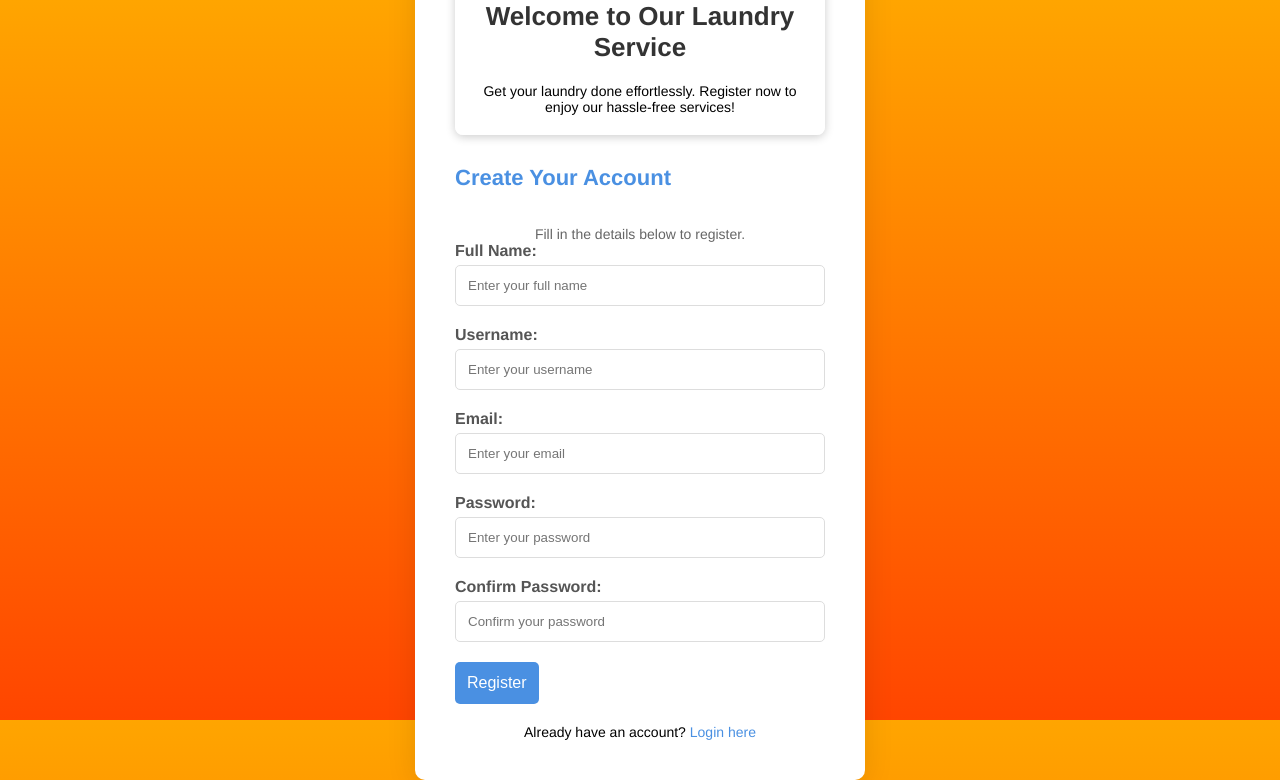
Repository: wmrmweerakoon/Online-Laundry-Management-System
Page: http://localhost/LaundryManagementSystem/Register.jsp
An editor plug-in stored every save of this project. The page is shown before and after the next save, followed by the edit.
The browser window is 1280 px wide. The pictures show the whole page.
The page is served by Tomcat 9. Other server files are loaded and not shown.

Above is the page before, as saved 2024-10-13 10:46:32.

### Projects/LaundryManagementSystem/src/main/webapp/Register.jsp
<%@ page language="java" contentType="text/html; charset=UTF-8" pageEncoding="UTF-8"%>
<!DOCTYPE html>
<html lang="en">
<head>
    <meta charset="UTF-8">
    <meta name="viewport" content="width=device-width, initial-scale=1.0">
    <title>Register - Online Laundry Management System</title>
    <link rel="stylesheet" href="CSS/Register.css">
</head>
<body>
    <div class="register-background">
        <div class="content-container">
            <div class="text-content">
                <div class="welcome-background">
                    <h1>Welcome to Our Laundry Service</h1>
                    <p>Get your laundry done effortlessly. Register now to enjoy our hassle-free services!</p>
                </div>
            </div>

            <div class="register-container">
                <h2>Create Your Account</h2>
                <p class="info-text">Fill in the details below to register.</p>

                <form id="registerForm" action="RegisterServlet" method="POST" onsubmit="return validateForm()">
                    <div class="form-group">
                        <label for="fullname">Full Name:</label>
                        <input type="text" id="fullname" name="fullname" placeholder="Enter your full name" required>
                    </div>
                    <div class="form-group">
                        <label for="username">Username:</label>
                        <input type="text" id="username" name="username" placeholder="Enter your username" required>
                    </div>
                    <div class="form-group">
                        <label for="email">Email:</label>
                        <input type="email" id="email" name="email" placeholder="Enter your email" required>
                    </div>
                    <div class="form-group">
                        <label for="password">Password:</label>
                        <input type="password" id="password" name="password" placeholder="Enter your password" required>
                    </div>
                    <div class="form-group">
                        <label for="confirmPassword">Confirm Password:</label>
                        <input type="password" id="confirmPassword" name="confirmPassword" placeholder="Confirm your password" required>
                    </div>
                    <button type="submit">Register</button>
                </form>
                <p>Already have an account? <a href="Login.jsp">Login here</a></p>
            </div>
        </div>
    </div>

    <script>
        function validateForm() {
            // Validation script remains unchanged
            const fullname = document.getElementById('fullname').value.trim();
            const username = document.getElementById('username').value.trim();
            const email = document.getElementById('email').value.trim();
            const password = document.getElementById('password').value;
            const confirmPassword = document.getElementById('confirmPassword').value;

            let valid = true;
            let errorMessage = "";

            clearErrors();

            // Validate Full Name
            if (fullname === "") {
                valid = false;
                errorMessage = "Full Name is required.";
                showError('fullname', errorMessage);
            }

            // Validate Username
            if (username === "") {
                valid = false;
                errorMessage = "Username is required.";
                showError('username', errorMessage);
            }

            // Validate Email
            if (email === "") {
                valid = false;
                errorMessage = "Email is required.";
                showError('email', errorMessage);
            } else if (!validateEmail(email)) {
                valid = false;
                errorMessage = "Invalid email format.";
                showError('email', errorMessage);
            }

            // Validate Password
            if (password === "") {
                valid = false;
                errorMessage = "Password is required.";
                showError('password', errorMessage);
            } else if (password.length < 8) {
                valid = false;
                errorMessage = "Password must be at least 8 characters long.";
                showError('password', errorMessage);
            }

            // Validate Confirm Password
            if (confirmPassword === "") {
                valid = false;
                errorMessage = "Please confirm your password.";
                showError('confirmPassword', errorMessage);
            } else if (password !== confirmPassword) {
                valid = false;
                errorMessage = "Passwords do not match.";
                showError('confirmPassword', errorMessage);
            }

            return valid;
        }

        function showError(inputId, message) {
            const errorElement = document.createElement('span');
            errorElement.className = 'error';
            errorElement.textContent = message;

            const inputField = document.getElementById(inputId);
            inputField.parentNode.insertBefore(errorElement, inputField.nextSibling);
        }

        function clearErrors() {
            const errorElements = document.querySelectorAll('.error');
            errorElements.forEach(element => {
                element.remove();
            });
        }

        function validateEmail(email) {
            const emailPattern = /^[^\s@]+@[^\s@]+\.[^\s@]+$/;
            return emailPattern.test(email);
        }
    </script>
</body>
</html>

### Projects/LaundryManagementSystem/src/main/webapp/CSS/Register.css
/* Reset default styles */
* {
    box-sizing: border-box;
    margin: 0;
    padding: 0;
}

/* Body styling */
body {
    font-family: 'Helvetica Neue', Arial, sans-serif;
    background: linear-gradient(to bottom, #FFA500, #FF4500); /* Gradient background from orange to dark orange */
    display: flex;
    justify-content: center;
    align-items: center;
    height: 100vh;
}

/* Main registration container */
.register-background {
    background-color: #ffffff;
    border-radius: 10px;
    box-shadow: 0 4px 30px rgba(0, 0, 0, 0.1);
    padding: 40px;
    width: 90%;
    max-width: 450px;
}

/* Welcome message background styling */
.welcome-background {
    background: rgba(255, 255, 255, 0.8); /* Semi-transparent white background */
    padding: 20px;
    border-radius: 8px;
    margin-bottom: 30px;
    box-shadow: 0 2px 10px rgba(0, 0, 0, 0.2);
}

.text-content {
    text-align: center;
}

h1 {
    font-size: 26px;
    color: #333;
    margin-bottom: 10px;
}

h2 {
    font-size: 22px;
    color: #4A90E2;
    margin-bottom: 15px;
}

.info-text {
    font-size: 14px;
    color: #666;
}

/* Form styling */
.register-container {
    display: flex;
    flex-direction: column;
}

/* Form group styling */
.form-group {
    margin-bottom: 20px;
}

label {
    font-weight: bold;
    display: block;
    margin-bottom: 5px;
    color: #555;
}

input[type="text"],
input[type="email"],
input[type="password"] {
    width: 100%;
    padding: 12px;
    border: 1px solid #ddd;
    border-radius: 5px;
    transition: border-color 0.3s ease;
}

input[type="text"]:focus,
input[type="email"]:focus,
input[type="password"]:focus {
    border-color: #4A90E2;
    outline: none;
}

/* Error message styling */
.error {
    color: #e74c3c;
    font-size: 12px;
    margin-top: 5px;
}

/* Button styling */
button {
    background-color: #4A90E2;
    color: #ffffff;
    border: none;
    border-radius: 5px;
    padding: 12px;
    cursor: pointer;
    font-size: 16px;
    transition: background-color 0.3s ease, transform 0.2s ease;
}

button:hover {
    background-color: #357ABD;
    transform: translateY(-1px);
}

/* Link styling */
p {
    text-align: center;
    margin-top: 20px;
    font-size: 14px;
}

a {
    color: #4A90E2;
    text-decoration: none;
    transition: color 0.3s ease;
}

a:hover {
    color: #357ABD;
    text-decoration: underline;
}

/* Media queries for responsiveness */
@media (max-width: 500px) {
    .register-background {
        padding: 20px;
    }

    h1 {
        font-size: 22px;
    }

    h2 {
        font-size: 20px;
    }

    button {
        padding: 10px;
        font-size: 14px;
    }
}

After the next save:
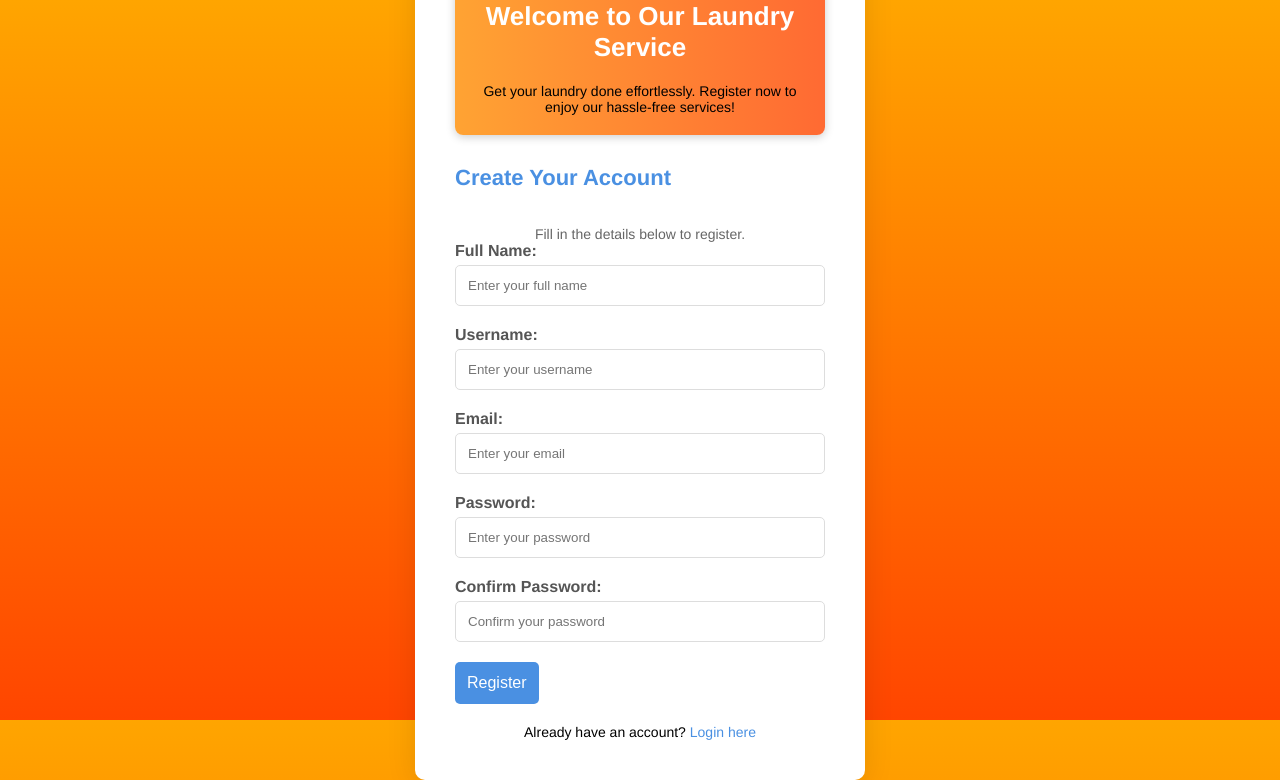
Saved 94 s later.
--- a/Projects/LaundryManagementSystem/src/main/webapp/CSS/Register.css
+++ b/Projects/LaundryManagementSystem/src/main/webapp/CSS/Register.css
@@ -17,7 +17,7 @@ body {
 
 /* Main registration container */
 .register-background {
-    background-color: #ffffff;
+    background-color: #ffffff; /* You can keep this or change it to a different color */
     border-radius: 10px;
     box-shadow: 0 4px 30px rgba(0, 0, 0, 0.1);
     padding: 40px;
@@ -27,7 +27,7 @@ body {
 
 /* Welcome message background styling */
 .welcome-background {
-    background: rgba(255, 255, 255, 0.8); /* Semi-transparent white background */
+    background: linear-gradient(to right, rgba(255, 140, 0, 0.8), rgba(255, 69, 0, 0.8)); /* Gradient background */
     padding: 20px;
     border-radius: 8px;
     margin-bottom: 30px;
@@ -40,7 +40,7 @@ body {
 
 h1 {
     font-size: 26px;
-    color: #333;
+    color: #ffffff; /* Change text color to white for contrast */
     margin-bottom: 10px;
 }
 
